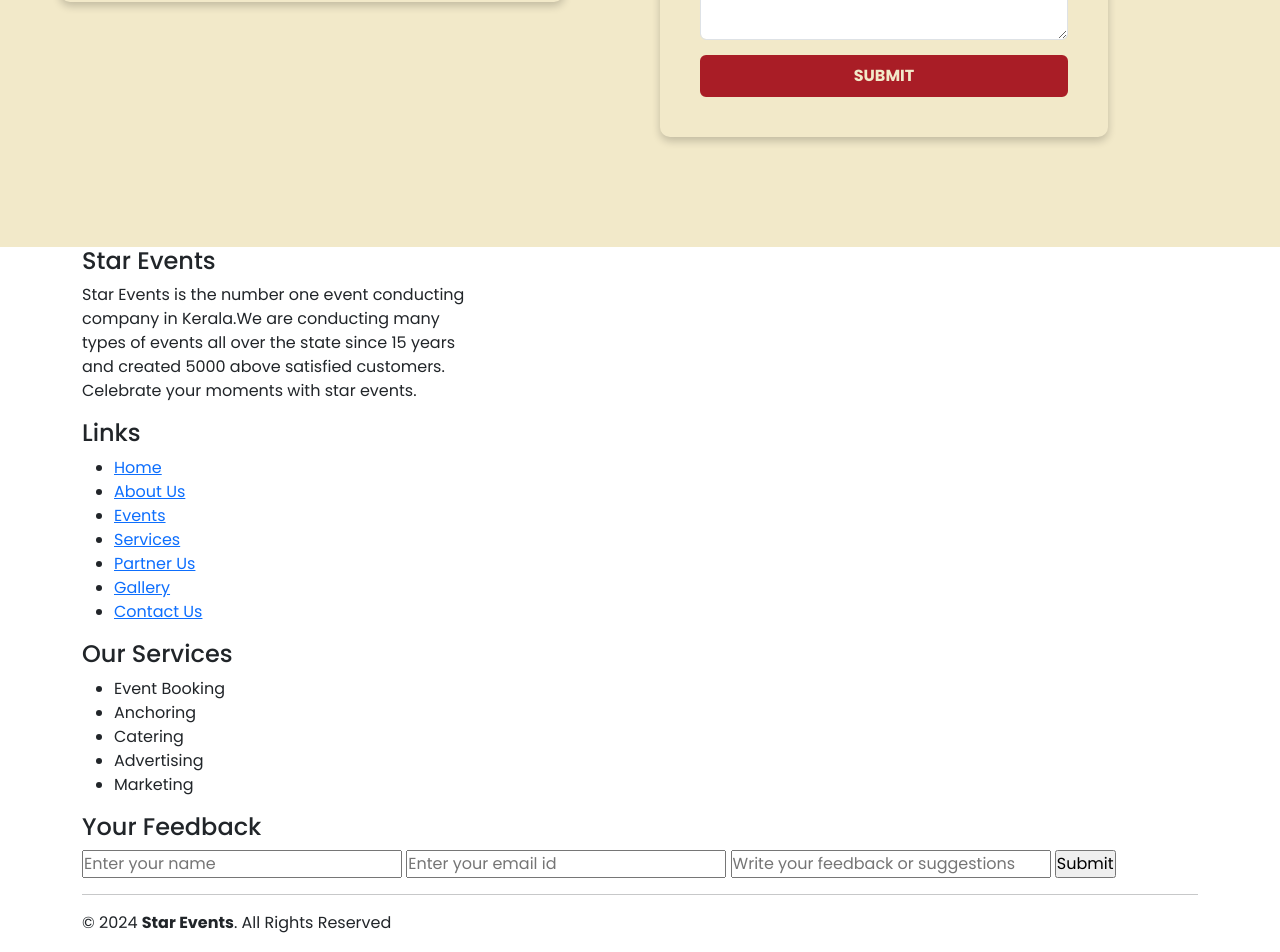
Repository: SharonSebastian32/Event-Management-System-
Page: index.html
The author's editor kept a copy of each file at every save. The page is drawn from the files as they stood at one save, then again after a run of saves.
The browser window is 1280 px wide. The pictures show the part of the page from y = 4754 to 5706 px (the page is 5729 px tall before and 5318 px after).
A picture or video elsewhere on the page could not be fetched, so the positions and the page height are approximate. Some web libraries are served in a nearby version.

Above is the page before, as saved 2024-09-06 12:38:33.
Not found: assets/css/ContactUs.css

After the next 2 saves:
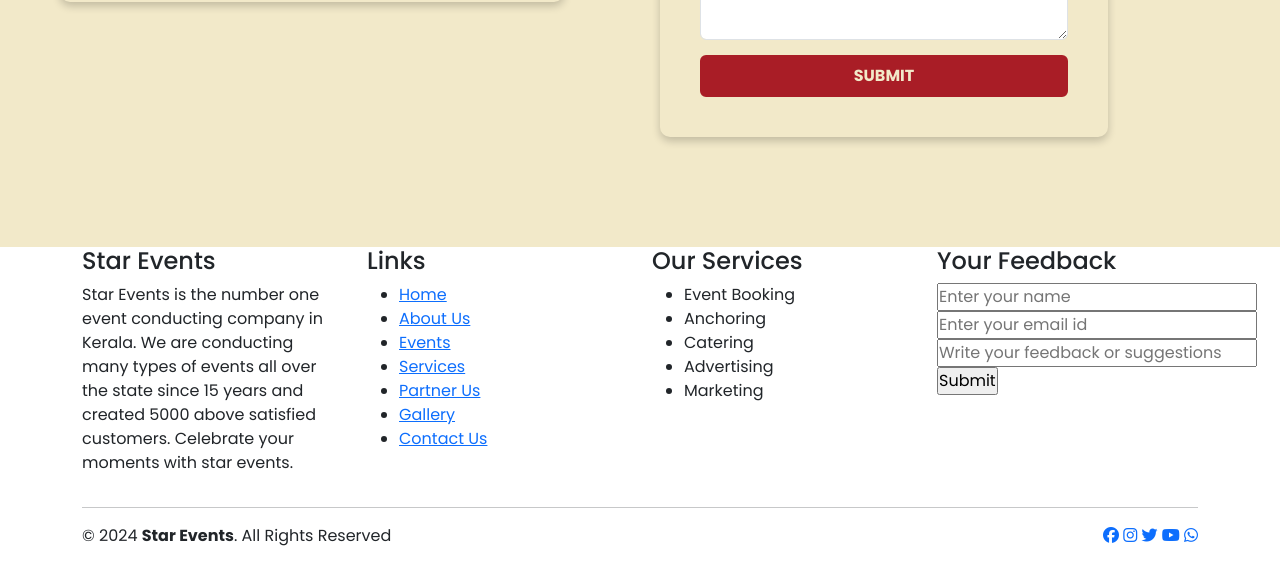
The 2 saves are shown as one change because they came seconds apart.
The last was saved 102 s later.
--- a/index.html
+++ b/index.html
@@ -213,81 +213,65 @@
     <!-- contact us section -->
 
     <!-- footer section start -->
-    <footer>
-      <div class="container">
-        <div class="row">
-          <div class="footer-col">
-            <h4>Star Events</h4>
-            <p>
-              Star Events is the number one event conducting <br />company in
-              Kerala.We are conducting many <br />types of events all over the
-              state since 15 years<br />
-              and created 5000 above satisfied customers.<br />Celebrate your
-              moments with star events.
-            </p>
-          </div>
-
-          <div class="footer-col">
-            <h4>Links</h4>
-            <ul>
-              <li><a href="">Home</a></li>
-              <li><a href="">About Us</a></li>
-              <li><a href="">Events</a></li>
-              <li><a href="">Services</a></li>
-              <li><a href="">Partner Us</a></li>
-              <li><a href="">Gallery</a></li>
-              <li><a href="">Contact Us</a></li>
-            </ul>
-          </div>
-
-          <div class="footer-col">
-            <h4>Our Services</h4>
-            <ul>
-              <li>Event Booking</li>
-              <li>Anchoring</li>
-              <li>Catering</li>
-              <li>Advertising</li>
-              <li>Marketing</li>
-            </ul>
-          </div>
-
-          <div class="footer-col">
-            <h4>Your Feedback</h4>
-            <form action="">
-              <input
-                type="text"
-                placeholder="Enter your name"
-                class="inputname"
-              />
-              <input
-                type="email"
-                placeholder="Enter your email id"
-                class="inputemail"
-              />
-              <input
-                type="text"
-                placeholder="Write your feedback or suggestions"
-                class="inputfs"
-              />
-              <input type="submit" value="Submit" class="inputSubmit" />
-            </form>
-          </div>
-        </div>
-        <hr />
-        <div class="row">
-          <div class="col">
-            <p>&#169;&nbsp;2024 <b>Star Events</b>. All Rights Reserved</p>
-          </div>
-
-          <div class="socialIcons">
-            <a href=""><i class="fa-brands fa-facebook"></i></a>
-            <a href=""><i class="fa-brands fa-instagram"></i></a>
-            <a href=""><i class="fa-brands fa-twitter"></i></a>
-            <a href=""><i class="fa-brands fa-youtube"></i></a>
-            <a href=""><i class="fa-brands fa-whatsapp"></i></a>
-          </div>
-        </div>
-      </div>
+   <footer></footer>
+        <div class="container">
+            <div class="row">
+                <div class="col-md-3 footer-col">
+                    <h4>Star Events</h4>
+                    <p>
+                        Star Events is the number one event conducting company in Kerala. We are conducting many types of events all over the state since 15 years and created 5000 above satisfied customers. Celebrate your moments with star events.
+                    </p>
+                </div>
+
+                <div class="col-md-3 footer-col">
+                    <h4>Links</h4>
+                    <ul>
+                        <li><a href="">Home</a></li>
+                        <li><a href="">About Us</a></li>
+                        <li><a href="">Events</a></li>
+                        <li><a href="">Services</a></li>
+                        <li><a href="">Partner Us</a></li>
+                        <li><a href="">Gallery</a></li>
+                        <li><a href="">Contact Us</a></li>
+                    </ul>
+                </div>
+
+                <div class="col-md-3 footer-col">
+                    <h4>Our Services</h4>
+                    <ul>
+                        <li>Event Booking</li>
+                        <li>Anchoring</li>
+                        <li>Catering</li>
+                        <li>Advertising</li>
+                        <li>Marketing</li>
+                    </ul>
+                </div>
+
+                <div class="col-md-3 footer-col">
+                    <h4>Your Feedback</h4>
+                    <form action="">
+                        <input type="text" placeholder="Enter your name" class="inputname">
+                        <input type="email" placeholder="Enter your email id" class="inputemail">
+                        <input type="text" placeholder="Write your feedback or suggestions" class="inputfs">
+                        <input type="submit" value="Submit" class="inputSubmit">
+                    </form>
+                </div>
+            </div>
+            <hr>
+            <div class="row">
+                <div class="col-md-6">
+                    <p>&#169; 2024 <b>Star Events</b>. All Rights Reserved</p>
+                </div>
+
+                <div class="col-md-6 text-md-end socialIcons">
+                    <a href=""><i class="fab fa-facebook"></i></a>
+                    <a href=""><i class="fab fa-instagram"></i></a>
+                    <a href=""><i class="fab fa-twitter"></i></a>
+                    <a href=""><i class="fab fa-youtube"></i></a>
+                    <a href=""><i class="fab fa-whatsapp"></i></a>
+                </div>
+            </div>
+        </div>
     </footer>
     <!-- footer setcion section end -->
 
